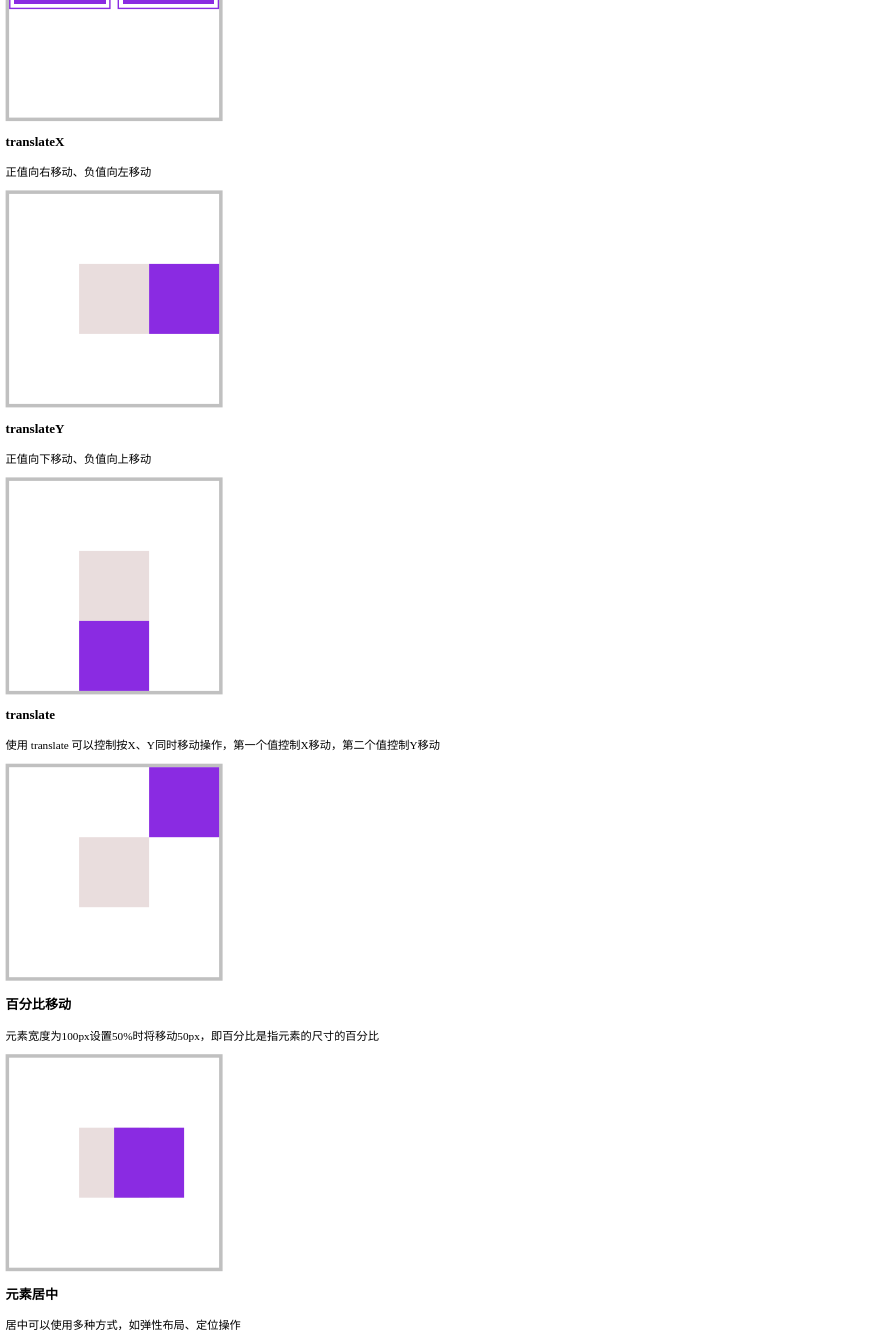
Repository: Aissd/animateDemo
Page: translate.html
The author's editor kept a copy of each file at every save. The page is drawn from the files as they stood at one save, then again after the next save.
The browser window is 1280 px wide. The pictures show the part of the page from y = 770 to 2690 px (the page is 2690 px tall before and 2685 px after), at 70% of full size.

Above is the page before, as saved 2020-05-11 22:59:07.

After the next save:
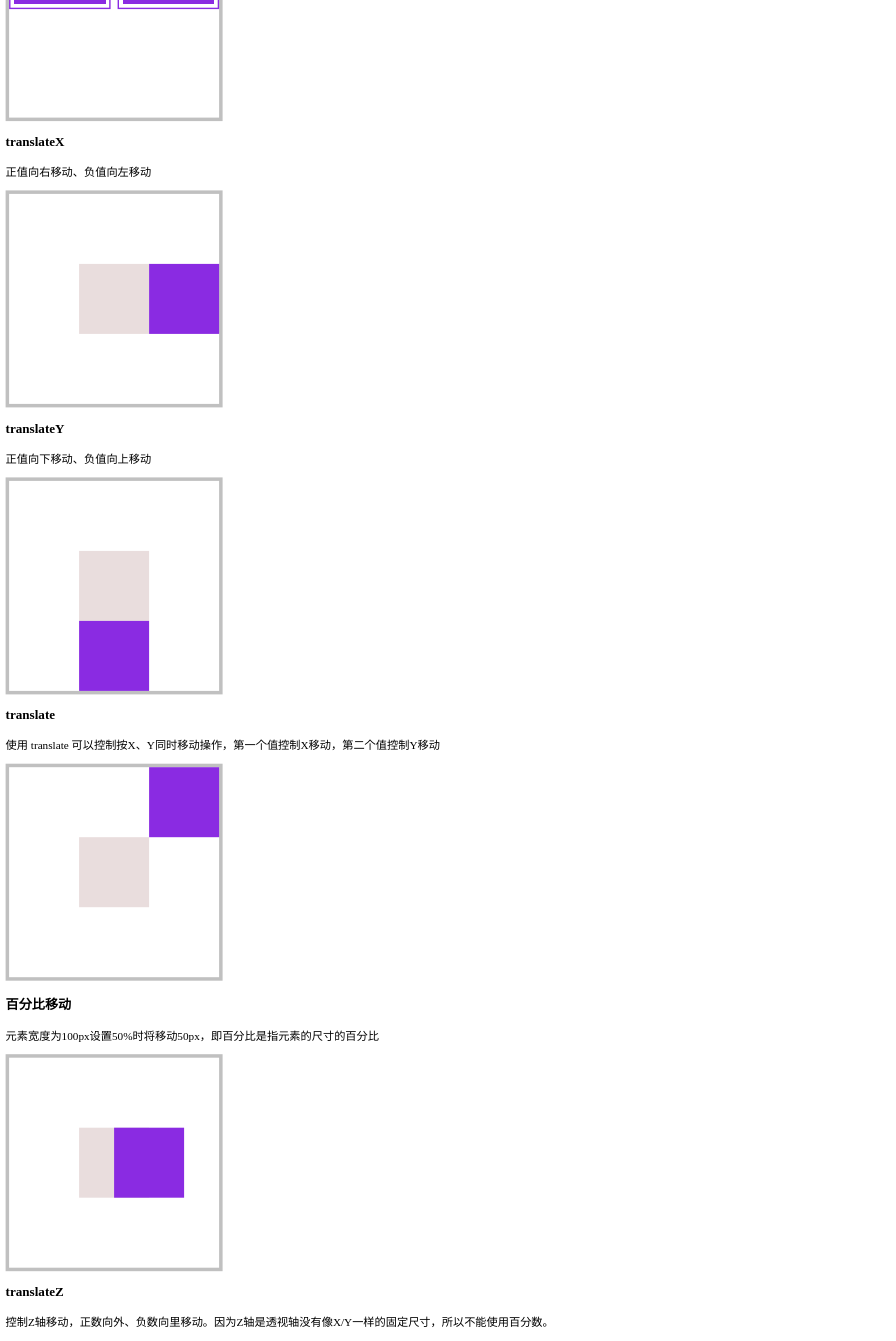
Saved 15 s later.
--- a/translate.html
+++ b/translate.html
@@ -76,8 +76,8 @@
         </section>
 
         <section class="demo-section">
-            <h3>元素居中</h3>
-            <p>居中可以使用多种方式，如弹性布局、定位操作</p>
+            <h3>translateZ</h3>
+            <p>控制Z轴移动，正数向外、负数向里移动。因为Z轴是透视轴没有像X/Y一样的固定尺寸，所以不能使用百分数。</p>
             <main class="demo10">
                 <div class="f"></div>
                 <div class="b"></div>
